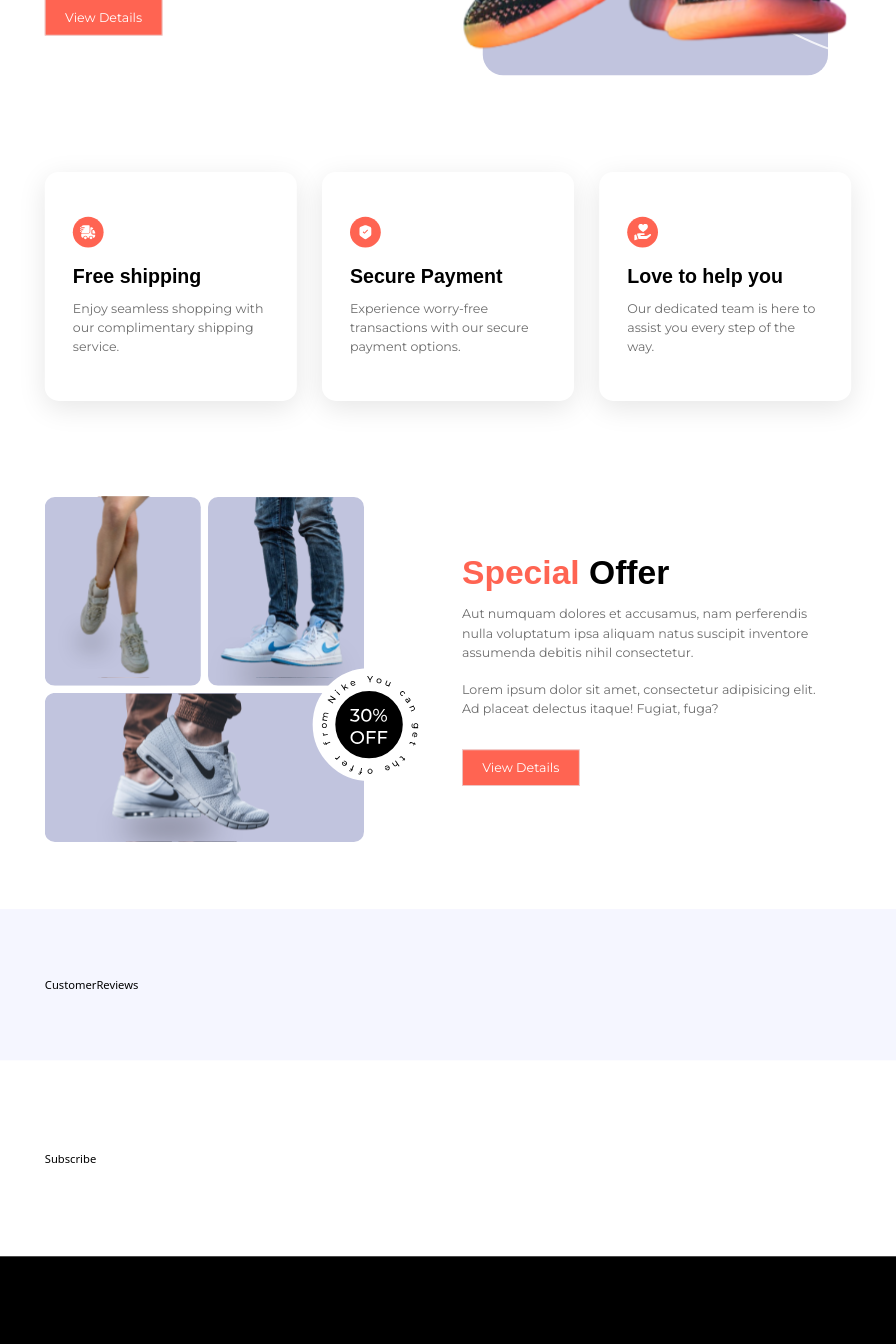
Repository: tynoschuck/nike-landpage
Page: /
These files come from the project's save history. The page is drawn as it stood at one moment and after the next save; the edit follows.
The browser window is 1280 px wide. The pictures show the part of the page from y = 2134 to 4054 px (the page is 4081 px tall), at 70% of full size.
Some web fonts or font styles are not loaded; a fallback is used. The project was rebuilt for these pictures with package versions that can differ from the ones it lists, and the page was loaded fresh each time. Also part of the build but not shown: vite.config.js.

Above is the page before, as saved 2023-12-01 11:58:36.

After the next save:
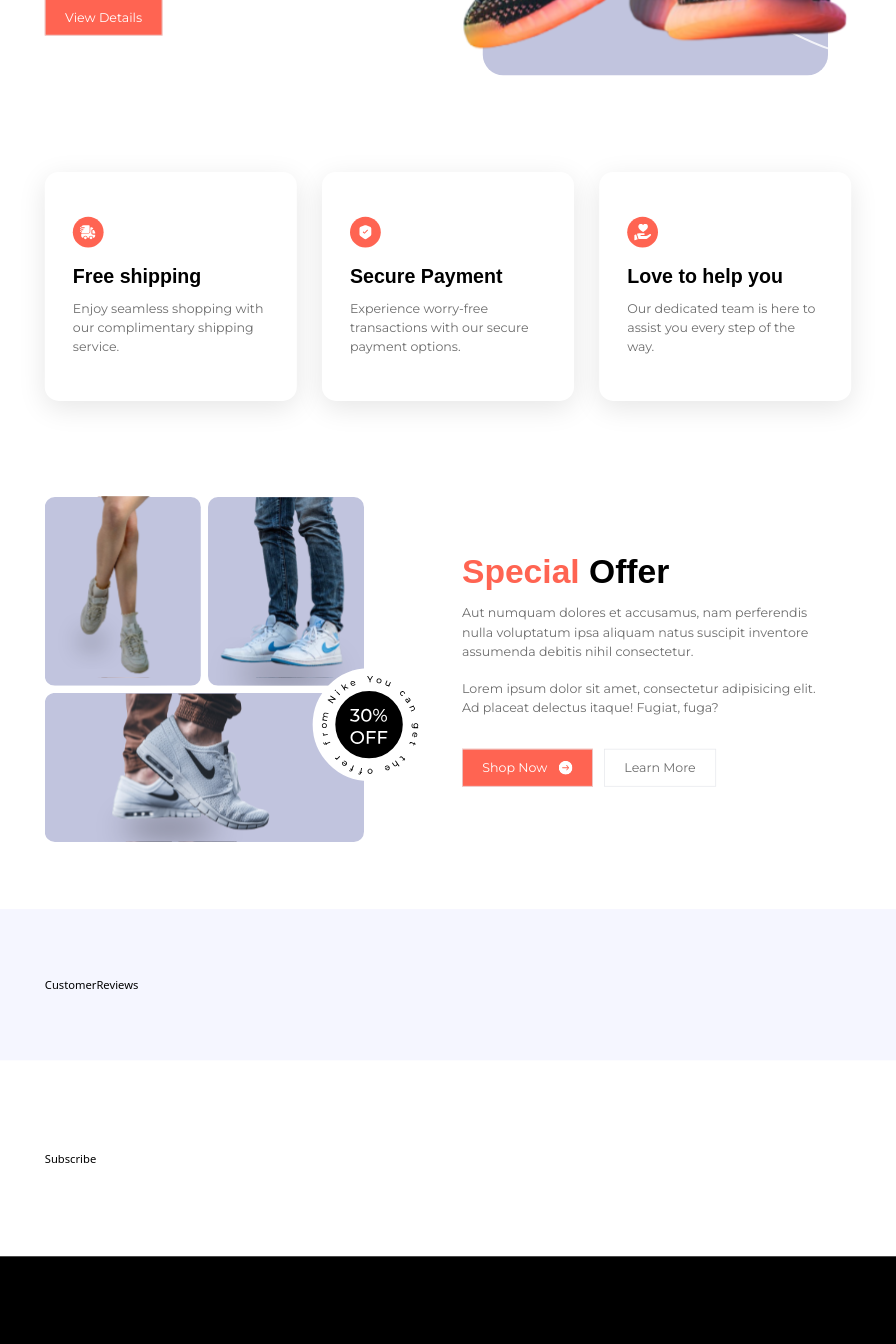
Saved 18 s later.
--- a/src/sections/SpecialOffer.jsx
+++ b/src/sections/SpecialOffer.jsx
@@ -1,3 +1,4 @@
+import { arrowRight } from "../assets/icons"
 import { offer } from "../assets/images"
 import Button from "../components/Button"
 
@@ -18,9 +19,19 @@
         </h2>
         <p className="mt-4 lg:max-w-lg info-text">Aut numquam dolores et accusamus, nam perferendis nulla voluptatum ipsa aliquam natus suscipit inventore assumenda debitis nihil consectetur.</p>
         <p className="mt-6 lg:max-w-lg info-text">Lorem ipsum dolor sit amet, consectetur adipisicing elit. Ad placeat delectus itaque! Fugiat, fuga?</p>
-        <div className="mt-11">
-          <Button label='View Details' /></div>
+        <div className="mt-11 flex flex-wrap gap-4">
+          <Button
+          label='Shop Now'
+          iconUrl={arrowRight}
+          />
+          <Button
+          label='Learn More'
+          backgroundColor='bg-white'
+          borderColor='border-slate-gray'
+          textColor='text-slate-gray'
+          />
         </div>
+      </div>
     </section>
   )
 }
